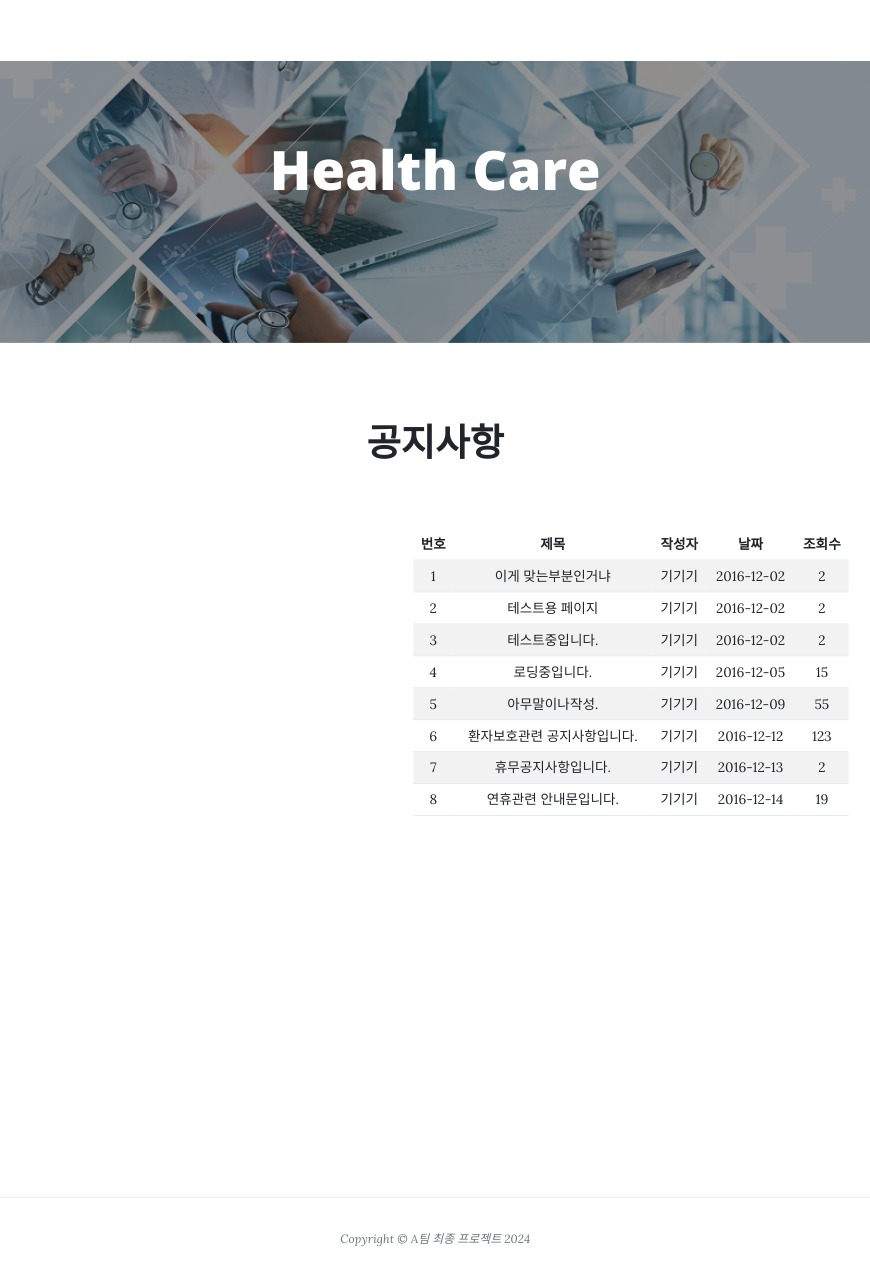
Repository: honsb91/project
Page: http://localhost/hospital/announcement/announcement.jsp
An editor plug-in stored every save of this project. The page is shown before and after a run of saves, followed by the edit.
The browser window is 1280 px wide. The pictures show the whole page, at 68% of full size.
Some web libraries are served in a nearby version. The page is served by Tomcat 9. Nobody is signed in. The application's start-up code is not run. Other server files are loaded and not shown.

Above is the page before, as saved 2024-01-31 01:47:09.

### hospital/src/main/webapp/announcement/announcement.jsp
<%@ page language="java" contentType="text/html; charset=UTF-8"
    pageEncoding="UTF-8"%>
<!DOCTYPE html>
<html>
<head>
<meta charset="UTF-8">
<title>공지사항</title>
</head>
<%@ include file="/include/header.jsp"%>
<link rel="stylesheet" href="/resources/css/announcement/announcement.css">
<body>
<div id="cement">
  <h2 class="list">공지사항</h2>
</div>
	<table class="table table-striped">
		<thead>
			<tr>
				<th>번호</th>
				<th>제목</th>
				<th>작성자</th>
				<th>날짜</th>
				<th>조회수</th>
			</tr>
		</thead>
		<tbody>
			<tr>
				<td>1</td>
				<td>이게 맞는부분인거냐</td>
				<td>기기기</td>
				<td>2016-12-02</td>
				<td>2</td>
			</tr>
			<tr>
				<td>2</td>
				<td>테스트용 페이지</td>
				<td>기기기</td>
				<td>2016-12-02</td>
				<td>2</td>
			</tr>
			<tr>
				<td>3</td>
				<td>테스트중입니다.</td>
				<td>기기기</td>
				<td>2016-12-02</td>
				<td>2</td>
			</tr>
			<tr>
				<td>4</td>
				<td>로딩중입니다.</td>
				<td>기기기</td>
				<td>2016-12-05</td>
				<td>15</td>
			</tr>
			<tr>
				<td>5</td>
				<td>아무말이나작성.</td>
				<td>기기기</td>
				<td>2016-12-09</td>
				<td>55</td>
			</tr>
			<tr>
				<td>6</td>
				<td>환자보호관련 공지사항입니다.</td>
				<td>기기기</td>
				<td>2016-12-12</td>
				<td>123</td>
			</tr>
			<tr>
				<td>7</td>
				<td>휴무공지사항입니다.</td>
				<td>기기기</td>
				<td>2016-12-13</td>
				<td>2</td>
			</tr>
			<tr>
				<td>8</td>
				<td>연휴관련 안내문입니다.</td>
				<td>기기기</td>
				<td>2016-12-14</td>
				<td>19</td>
			</tr>
		</tbody>
	</table>
</body>
<%@ include file="/include/footer.jsp"%>
</html>

### hospital/src/main/webapp/include/header.jsp
<%@ page language="java" contentType="text/html; charset=UTF-8"
    pageEncoding="UTF-8"%><head>
<%@ taglib prefix="c" uri="http://java.sun.com/jsp/jstl/core"%>
<meta charset="UTF-8">
<title>Insert title here</title>
<head>
<meta charset="utf-8" />
<meta name="viewport"
	content="width=device-width, initial-scale=1, shrink-to-fit=no" />
<meta name="description" content="" />
<meta name="author" content="" />
<link rel="icon" type="image/x-icon" href="/resources/assets/favicon.ico" />
<!-- Font Awesome icons (free version)-->
<script src="https://use.fontawesome.com/releases/v6.3.0/js/all.js"
	crossorigin="anonymous"></script>
<!-- Google fonts-->
<link
	href="https://fonts.googleapis.com/css?family=Lora:400,700,400italic,700italic"
	rel="stylesheet" type="text/css" />
<link
	href="https://fonts.googleapis.com/css?family=Open+Sans:300italic,400italic,600italic,700italic,800italic,400,300,600,700,800"
	rel="stylesheet" type="text/css" />
<!-- Core theme CSS (includes Bootstrap)-->
<link href="/resources/css/styles.css" rel="stylesheet" />
</head>
<body>
	<!-- Navigation-->
	<nav class="navbar navbar-expand-lg navbar-light" id="mainNav">
		<div class="container px-4 px-lg-5">
			<a class="navbar-brand" href="index.html">Health Care</a>
			<button class="navbar-toggler" type="button"
				data-bs-toggle="collapse" data-bs-target="#navbarResponsive"
				aria-controls="navbarResponsive" aria-expanded="false"
				aria-label="Toggle navigation">
				Menu <i class="fas fa-bars"></i>
			</button>
			<div class="collapse navbar-collapse" id="navbarResponsive">
				<ul class="navbar-nav ms-auto py-4 py-lg-0 ">
					<li class="nav-item"><a class="nav-link px-lg-3 py-3 py-lg-4" href="/main">Home</a></li>
					<li class="nav-item"><a class="nav-link px-lg-3 py-3 py-lg-4" href="about.html">공지사항</a></li>
					<li class="nav-item"><a class="nav-link px-lg-3 py-3 py-lg-4" href="post.html">자주묻는질문</a></li>
					<li class="nav-item"><a class="nav-link px-lg-3 py-3 py-lg-4" href="post.html">커뮤니티</a></li>
					<li class="nav-item"><a class="nav-link px-lg-3 py-3 py-lg-4" href="/member/login.jsp">로그인</a></li>
					<li class="nav-item"><a class="nav-link px-lg-3 py-3 py-lg-4" href="/member/join.jsp">회원가입</a></li>
				</ul>
			</div>
		</div>
	</nav>
	<!-- Page Header-->
	<header class="masthead" style="background-image: url('/resources/assets/img/test4.png')">
		<div class="container position-relative px-4 px-lg-5">
			<div class="row gx-4 gx-lg-5 justify-content-center">
				<div class="col-md-10 col-lg-8 col-xl-7">
					<div class="site-heading">
						<h1>Health Care</h1>
					</div>
				</div>
			</div>
		</div>
	</header>

### hospital/src/main/webapp/include/footer.jsp
<%@ page language="java" contentType="text/html; charset=UTF-8"
    pageEncoding="UTF-8"%>
<!DOCTYPE html>
<html>
<head>
<meta charset="UTF-8">
<title>Insert title here</title>
</head>
<body>
<footer class="border-top">
		<div class="container px-4 px-lg-5">
			<div class="row gx-4 gx-lg-5 justify-content-center">
				<div class="col-md-10 col-lg-8 col-xl-7">
					<div class="small text-center text-muted fst-italic">Copyright
						&copy; A팀 최종 프로젝트 2024</div>
				</div>
			</div>
		</div>
	</footer>
	<!-- Bootstrap core JS-->
	<script
		src="https://cdn.jsdelivr.net/npm/bootstrap@5.2.3/dist/js/bootstrap.bundle.min.js"></script>
	<!-- Core theme JS-->
	<script src="js/scripts.js"></script>
</body>
</html>

### hospital/src/main/webapp/resources/css/announcement/announcement.css
@charset "UTF-8";


h2 {
  text-align: center;
  font-size: 55px;
  margin-bottom: 10%;
  margin-top: 12%;
}
#cement {
  width: 940px;
  margin: 20px auto;
}

td, th{
	text-align: center;
}

### hospital/src/main/webapp/resources/js/scripts.js
/*!
* Start Bootstrap - Clean Blog v6.0.9 (https://startbootstrap.com/theme/clean-blog)
* Copyright 2013-2023 Start Bootstrap
* Licensed under MIT (https://github.com/StartBootstrap/startbootstrap-clean-blog/blob/master/LICENSE)
*/
window.addEventListener('DOMContentLoaded', () => {
    let scrollPos = 0;
    const mainNav = document.getElementById('mainNav');
    const headerHeight = mainNav.clientHeight;
    window.addEventListener('scroll', function() {
        const currentTop = document.body.getBoundingClientRect().top * -1;
        if ( currentTop < scrollPos) {
            // Scrolling Up
            if (currentTop > 0 && mainNav.classList.contains('is-fixed')) {
                mainNav.classList.add('is-visible');
            } else {
                console.log(123);
                mainNav.classList.remove('is-visible', 'is-fixed');
            }
        } else {
            // Scrolling Down
            mainNav.classList.remove(['is-visible']);
            if (currentTop > headerHeight && !mainNav.classList.contains('is-fixed')) {
                mainNav.classList.add('is-fixed');
            }
        }
        scrollPos = currentTop;
    });
})

Loaded but not shown: hospital/src/main/webapp/resources/css/styles.css (library)

After the next 2 saves:
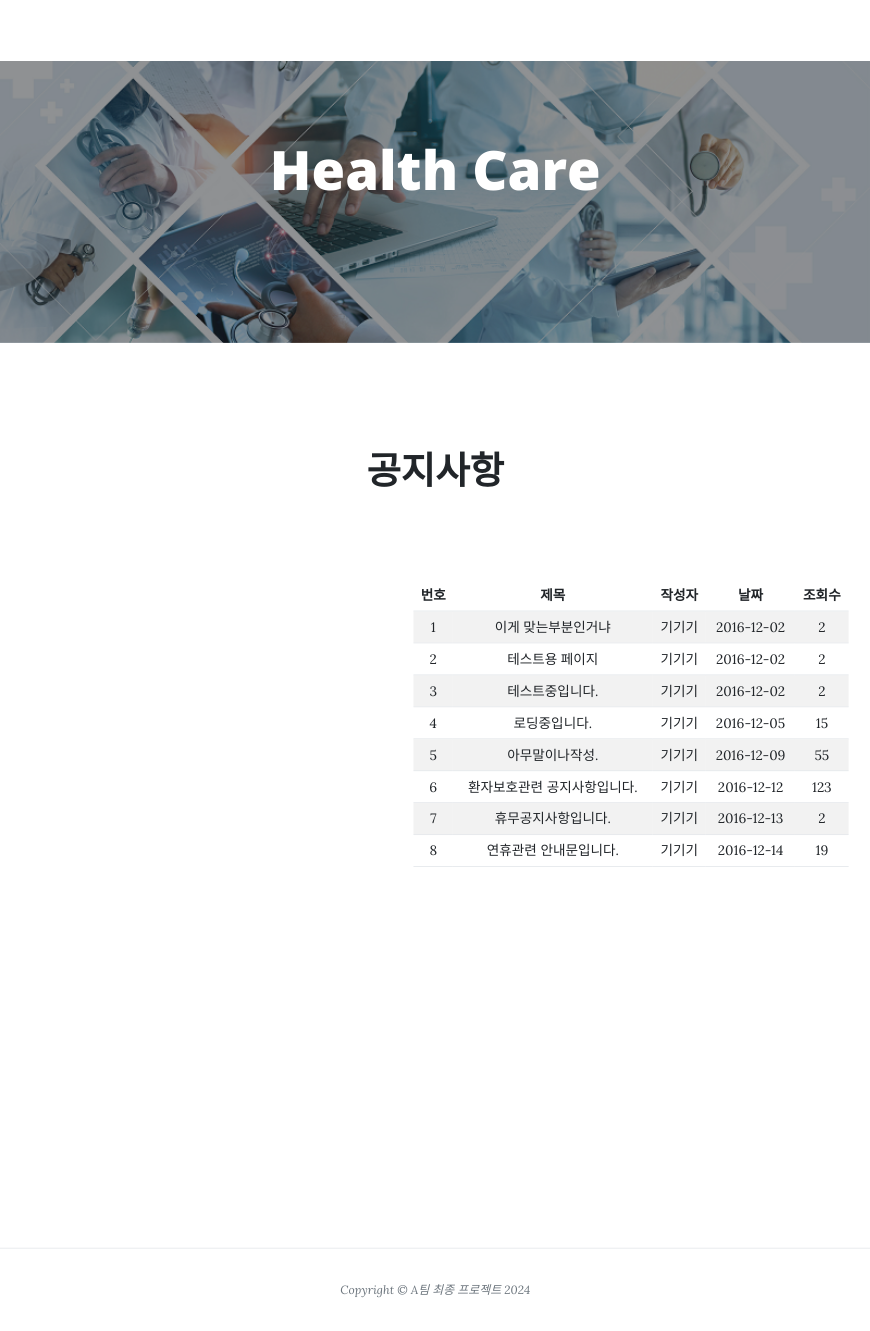
The 2 saves are shown as one change because they came seconds apart.
The last was saved 4 min 2 s later.
--- a/hospital/src/main/webapp/announcement/announcement.jsp
+++ b/hospital/src/main/webapp/announcement/announcement.jsp
@@ -9,8 +9,8 @@
 <%@ include file="/include/header.jsp"%>
 <link rel="stylesheet" href="/resources/css/announcement/announcement.css">
 <body>
-<div id="cement">
-  <h2 class="list">공지사항</h2>
+<div id="cement list">
+  <h2>공지사항</h2>
 </div>
 	<table class="table table-striped">
 		<thead>

After the save that followed:
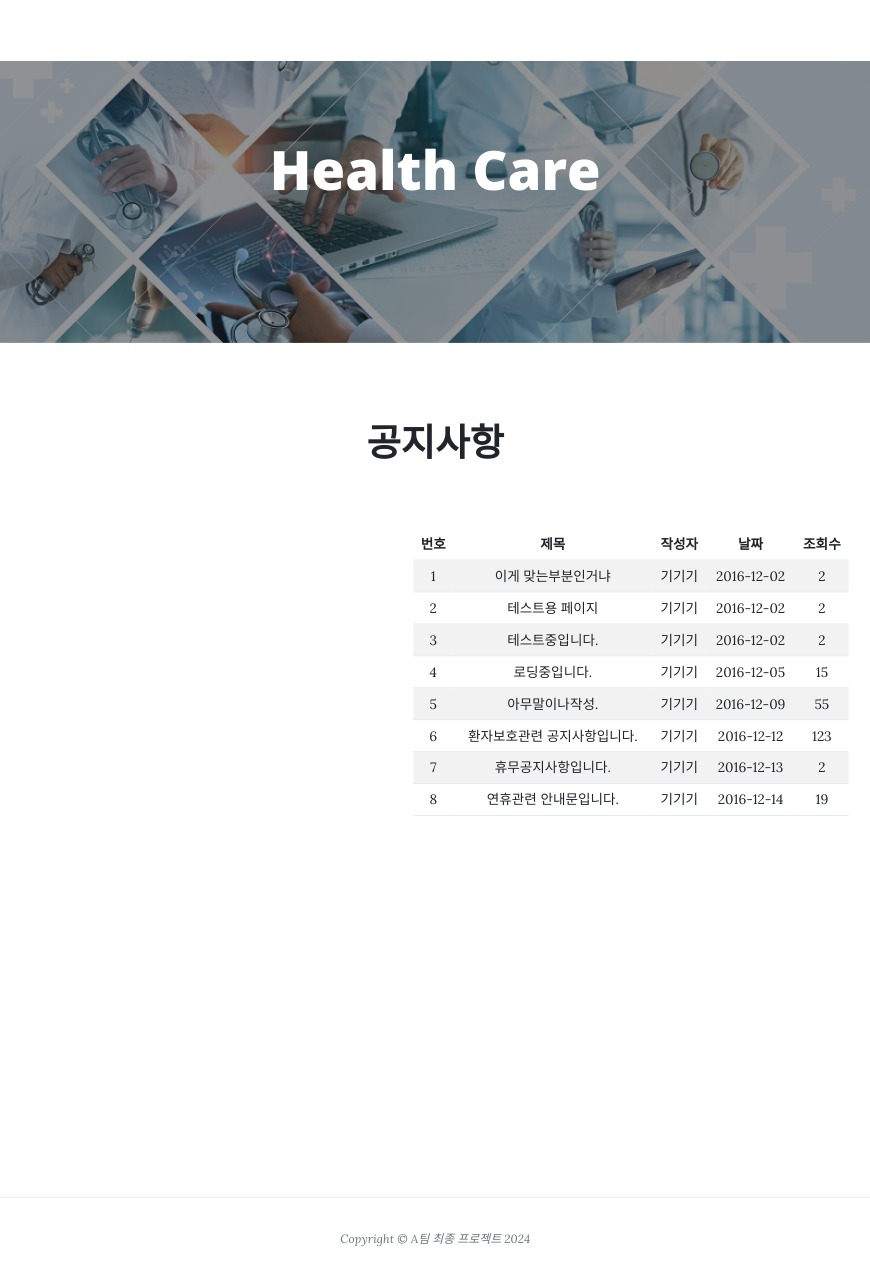
Saved 33 s later.
--- a/hospital/src/main/webapp/announcement/announcement.jsp
+++ b/hospital/src/main/webapp/announcement/announcement.jsp
@@ -9,7 +9,7 @@
 <%@ include file="/include/header.jsp"%>
 <link rel="stylesheet" href="/resources/css/announcement/announcement.css">
 <body>
-<div id="cement list">
+<div id="cement">
   <h2>공지사항</h2>
 </div>
 	<table class="table table-striped">
